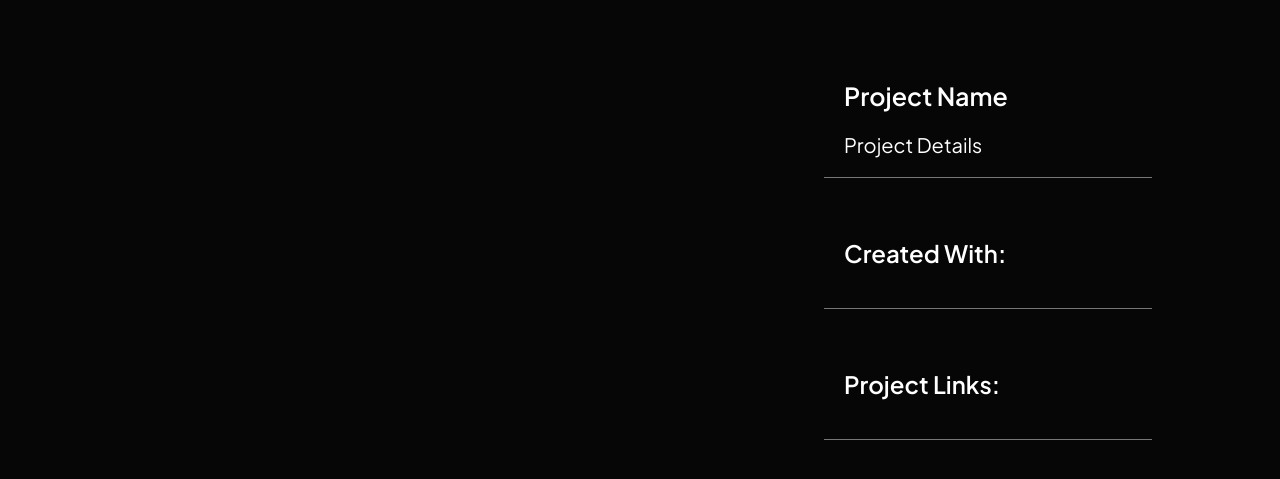
Repository: AliHassan02-Dev/PORTFOLIO
Page: /projects/projectPreview (app in Front-end/)
The author's editor kept a copy of each file at every save. The page is drawn from the files as they stood at one save, then again after the next save.
The browser window is 1280 px wide. The pictures show the whole page.
The project was rebuilt for these pictures with package versions that can differ from the ones it lists, and the page was loaded fresh each time. Also part of the build but not shown: Front-end/vite.config.js, Front-end/src/Pages/Home.jsx, Front-end/src/Pages/About.jsx, Front-end/src/Components/Footer.jsx, Front-end/src/Components/Navbar.jsx, Front-end/src/Components/ProjectsBox.jsx, Front-end/src/App.jsx, Front-end/src/Pages/AllProjects.jsx and 4 more.

Above is the page before, as saved 2024-09-01 01:16:46.

### Front-end/src/main.jsx
import React from 'react'
import ReactDOM from 'react-dom/client'
import App from './App.jsx'
import './App.css'
import { BrowserRouter, Route, Routes } from 'react-router-dom'
import AllProjects from './Pages/AllProjects.jsx'
import ProjectPreview from './Components/ProjectPreview.jsx'
import Login from './Pages/Login.jsx'
import { Register } from './Pages/Register.jsx'
import AdminDashboard from './Pages/AdminDashboard.jsx'

ReactDOM.createRoot(document.getElementById('root')).render(
  <>
    <BrowserRouter>
      <Routes>
        <Route path='/' element={<App />} />
        <Route path='/Login' element={<Login />} />
        <Route path='/Register' element={<Register />} />
        <Route path='/AdminDashborad' element={<AdminDashboard />} />
        <Route path='/Projects' element={<AllProjects />} />
        <Route path='/projects/projectPreview' element={<ProjectPreview />} />
      </Routes>
    </BrowserRouter>
  </>
)

### Front-end/src/Components/ProjectPreview.jsx
import React from "react";
import { TiHtml5 } from "react-icons/ti";
import { IoLogoCss3 } from "react-icons/io5";
import { SiJavascript } from "react-icons/si";
import { IoLogoWordpress } from "react-icons/io5";
import { IoLogoNodejs } from "react-icons/io";
import { IoLogoReact } from "react-icons/io5";
import { SiMongodb } from "react-icons/si";
import { Link, useLocation } from "react-router-dom";
import { FaFigma } from "react-icons/fa6";
import { RiGlobalLine } from "react-icons/ri";

const ProjectPreview = () => {
  const state = useLocation();
  const data = state?.state;

  console.log(data);

  const skills = data?.createdWith;

  const links = data?.links;

  return (
    <div className="projectDetails">
      <div className="left">
        <img src={data?.projectImage} alt="" />
      </div>
      <div className="right">
        <div className="projectContent">
          <h2>{data?.projectName || "Project Name"}</h2>
          <p>{data?.projectDesc || "Project Details"}</p>
        </div>
        <div className="projectTechnology">
          <h2>Created With:</h2>
          <div className="icons">
            {skills?.includes("Html") ? (
              <TiHtml5 className="techName html" />
            ) : null}
            {skills?.includes("Css") ? (
              <IoLogoCss3 className="techName css" />
            ) : null}
            {skills?.includes("Js") ? (
              <SiJavascript className="techName js" />
            ) : null}
            {skills?.includes("React") ? (
              <IoLogoReact className="techName react" />
            ) : null}
            {skills?.includes("Wordpress") ? (
              <IoLogoWordpress className="techName wordpress" />
            ) : null}
            {skills?.includes("Node") ? (
              <IoLogoNodejs className="techName node" />
            ) : null}
            {skills?.includes("MongoDb") ? (
              <SiMongodb className="techName mongodb" />
            ) : null}
          </div>
        </div>
        <div className="links">
          <h2>Project Links:</h2>
          <div className="icons">
            {data?.isFigmaLink ? (
              <Link target={"_blank"} to={data?.figmaLink}>
                <FaFigma className="techName figma" />
              </Link>
            ) : null}
            {data?.isWebsiteLink ? (
              <Link target={"_blank"} to={data?.websiteLink}>
                <RiGlobalLine className="techName website" />
              </Link>
            ) : null}
          </div>
        </div>
      </div>
    </div>
  );
};

export default ProjectPreview;

### Front-end/src/Pages/Skills.jsx
import React from "react";
import { TiHtml5 } from "react-icons/ti";
import { IoLogoCss3 } from "react-icons/io5";
import { SiJavascript } from "react-icons/si";
import { FaFigma } from "react-icons/fa6";
import { IoLogoWordpress } from "react-icons/io5";
import { FaNode } from "react-icons/fa6";
import { IoLogoReact } from "react-icons/io5";
import { SiMongodb } from "react-icons/si";

const skillsData = [
  {
    id: "1",
    skill: "HTML",
    aniClassName: "leftSide",
    logo: <TiHtml5 className="skillLogo" />,
  },
  {
    id: "2",
    skill: "CSS",
    aniClassName: "rightSide",
    logo: <IoLogoCss3 className="skillLogo" />,
  },
  {
    id: "3",
    skill: "JavaScript",
    aniClassName: "leftSide",
    logo: <SiJavascript className="skillLogo" />,
  },
  {
    id: "4",
    skill: "Figma",
    aniClassName: "rightSide",
    logo: <FaFigma className="skillLogo" />,
  },
  {
    id: "5",
    skill: "WordPess",
    aniClassName: "leftSide",
    logo: <IoLogoWordpress className="skillLogo" />,
  },
  {
    id: "6",
    skill: "ReactJs | ViteJs",
    aniClassName: "rightSide",
    logo: <IoLogoReact className="skillLogo" />,
  },
  {
    id: "7",
    skill: "NodeJs",
    aniClassName: "leftSide",
    logo: <FaNode className="skillLogo" />,
  },
  {
    id: "8",
    skill: "MongoDB",
    aniClassName: "rightSide",
    logo: <SiMongodb className="skillLogo" />,
  },
];

const Skills = () => {
  return (
    <div className="skillsContainer containers">
      <div className="top">
        <div className="left">
          <h2>MY SKILLS</h2>
        </div>
        <div className="right">
          <p>
            Building dynamic, user-focused web solutions with precision,
            creativity, and technical excellence.
          </p>
        </div>
      </div>
      <div className="bottom">
        {skillsData.map((elem, idx) => {
          return (
            <div key={elem.id} className={`skillBar ${elem.aniClassName}`}>
              <div className="line"></div>
              <div className="left">
                <p>{elem.id}</p>
                <h2>{elem.skill}</h2>
              </div>
              <div className="right">{elem.logo}</div>
            </div>
          );
        })}
      </div>
    </div>
  );
};

export default Skills;

Loaded but not shown: Front-end/index.html (common file); Front-end/src/App.css (1581 lines, source omitted)

After the next save:
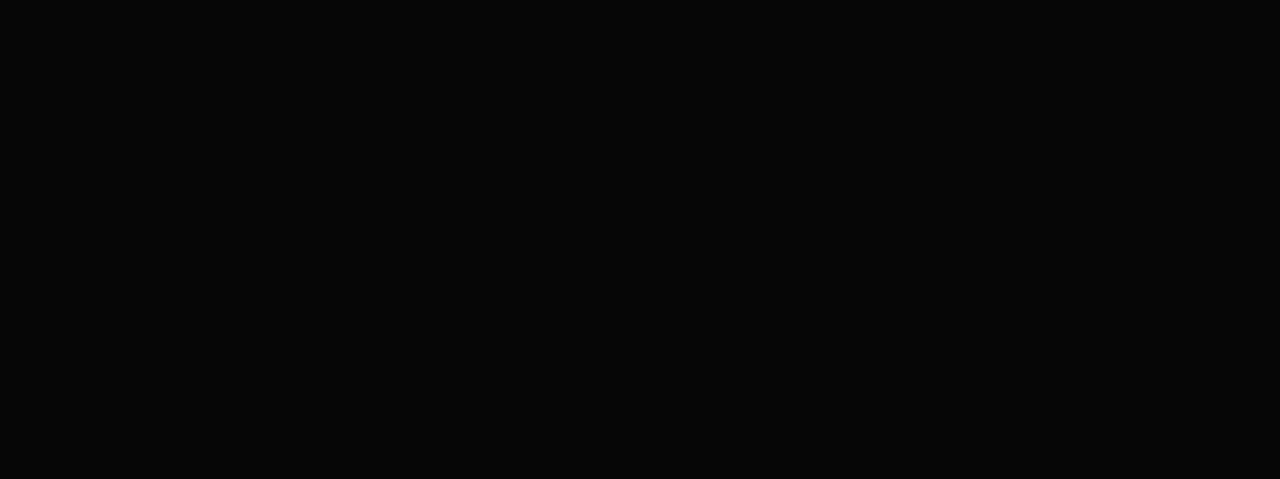
Console error: TypeError: Cannot read properties of undefined (reading 'includes')
Saved 2 min 25 s later.
--- a/Front-end/src/Components/ProjectPreview.jsx
+++ b/Front-end/src/Components/ProjectPreview.jsx
@@ -19,6 +19,8 @@
   const skills = data?.createdWith;
 
   const links = data?.links;
+  const fig = links.includes('figma')
+  console.log(fig);
 
   return (
     <div className="projectDetails">

After the 4 saves that followed:
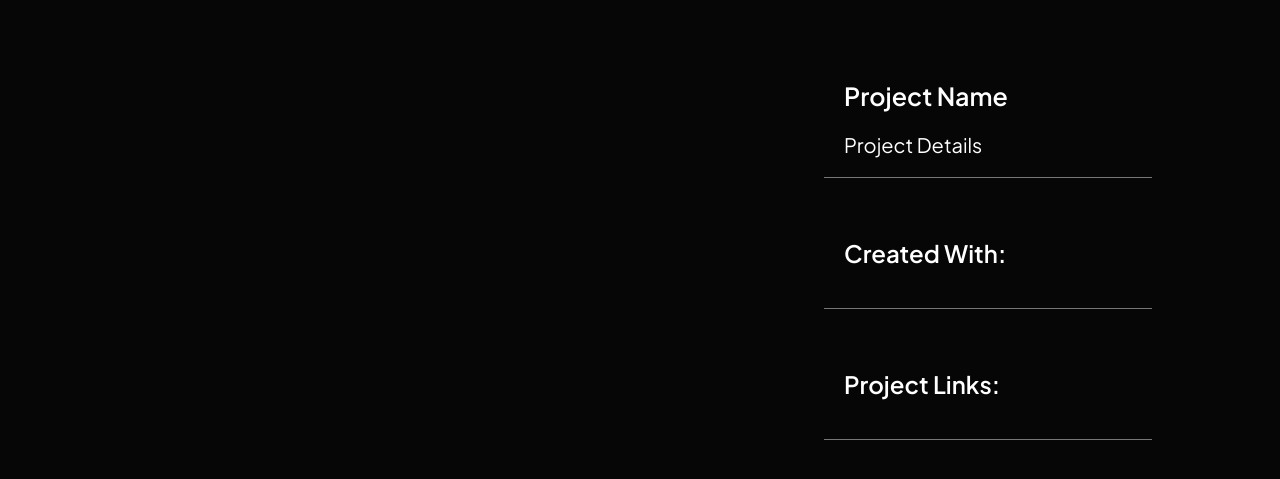
The error is gone.
The 4 saves are shown as one change because 3 left the picture as it was.
The last was saved 75 s later.
--- a/Front-end/src/Components/ProjectPreview.jsx
+++ b/Front-end/src/Components/ProjectPreview.jsx
@@ -19,8 +19,6 @@
   const skills = data?.createdWith;
 
   const links = data?.links;
-  const fig = links.includes('figma')
-  console.log(fig);
 
   return (
     <div className="projectDetails">
